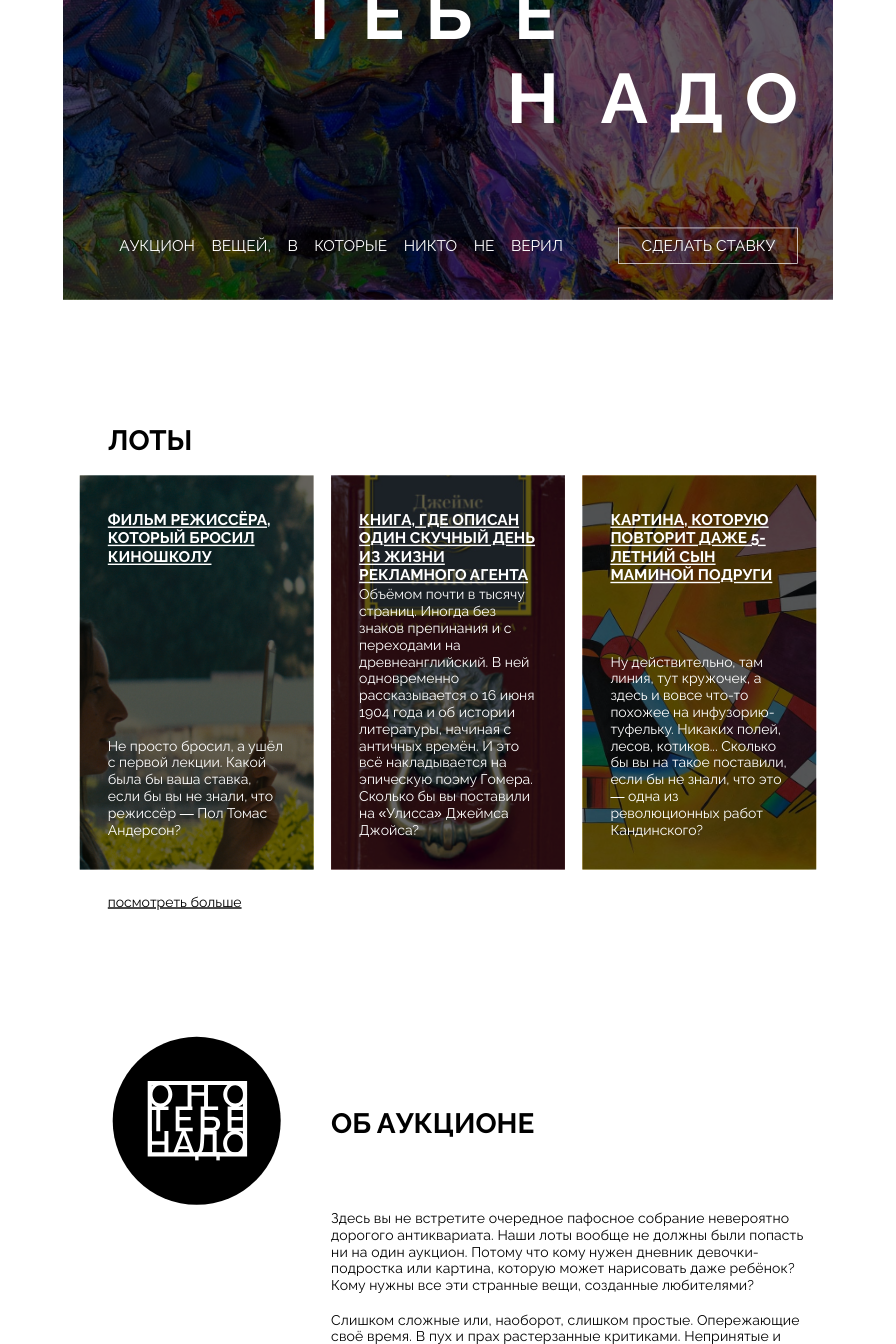
Repository: Smoyki/ono-tebe-nado
Page: index.html
An editor plug-in stored every save of this project. The page is shown before and after the next save, followed by the edit.
The browser window is 1280 px wide. The pictures show the part of the page from y = 623 to 2543 px (the page is 3028 px tall), at 70% of full size.

Above is the page before, as saved 2024-04-22 13:17:24.

After the next save:
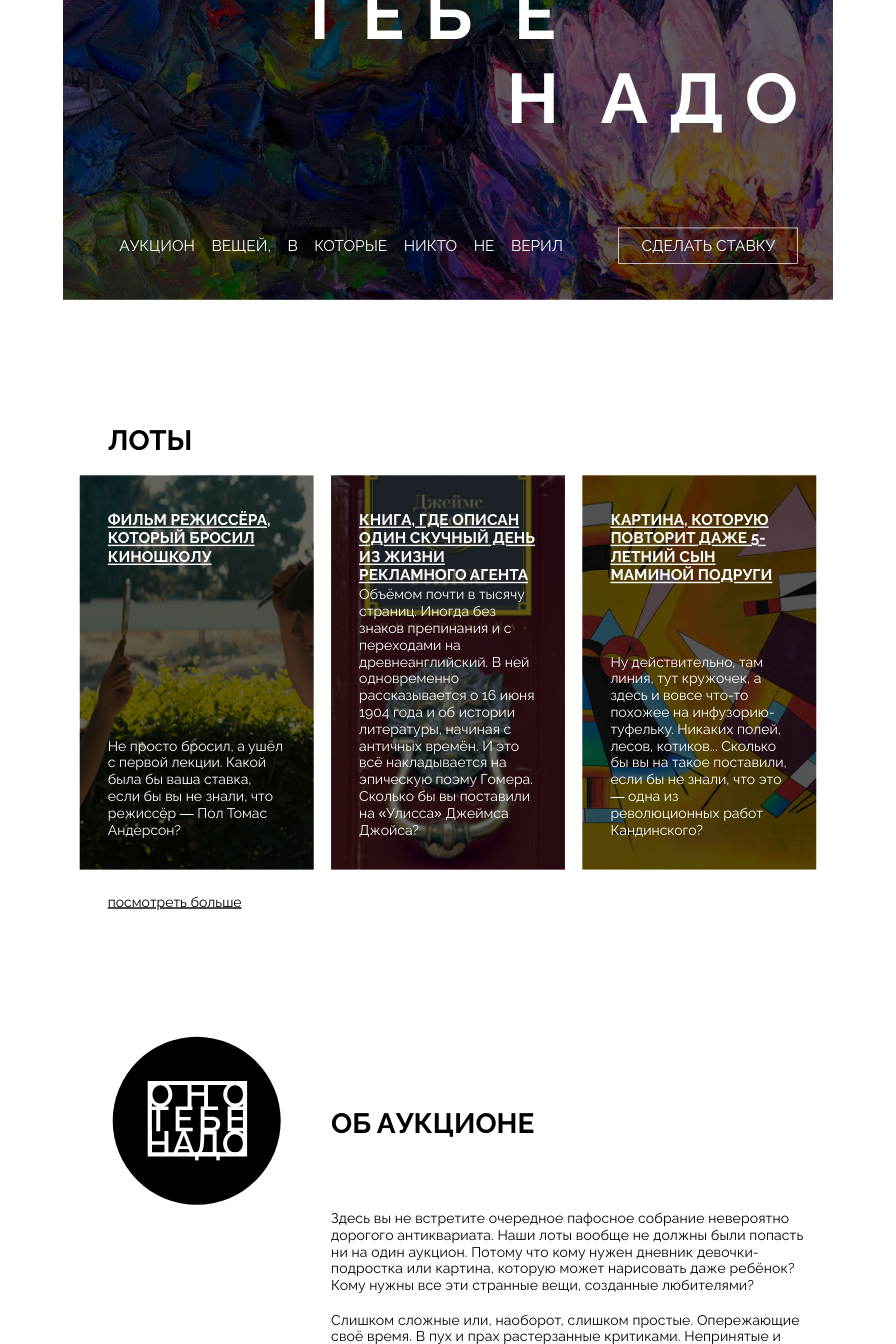
Saved 7 s later.
--- a/styles/style.css
+++ b/styles/style.css
@@ -226,7 +226,7 @@
   background-image: url(../images/card-lot-03.jpg);
 }
 
-.first-img,
+.card_type_film,
 .second-img,
 .third-img,
 .cover {
